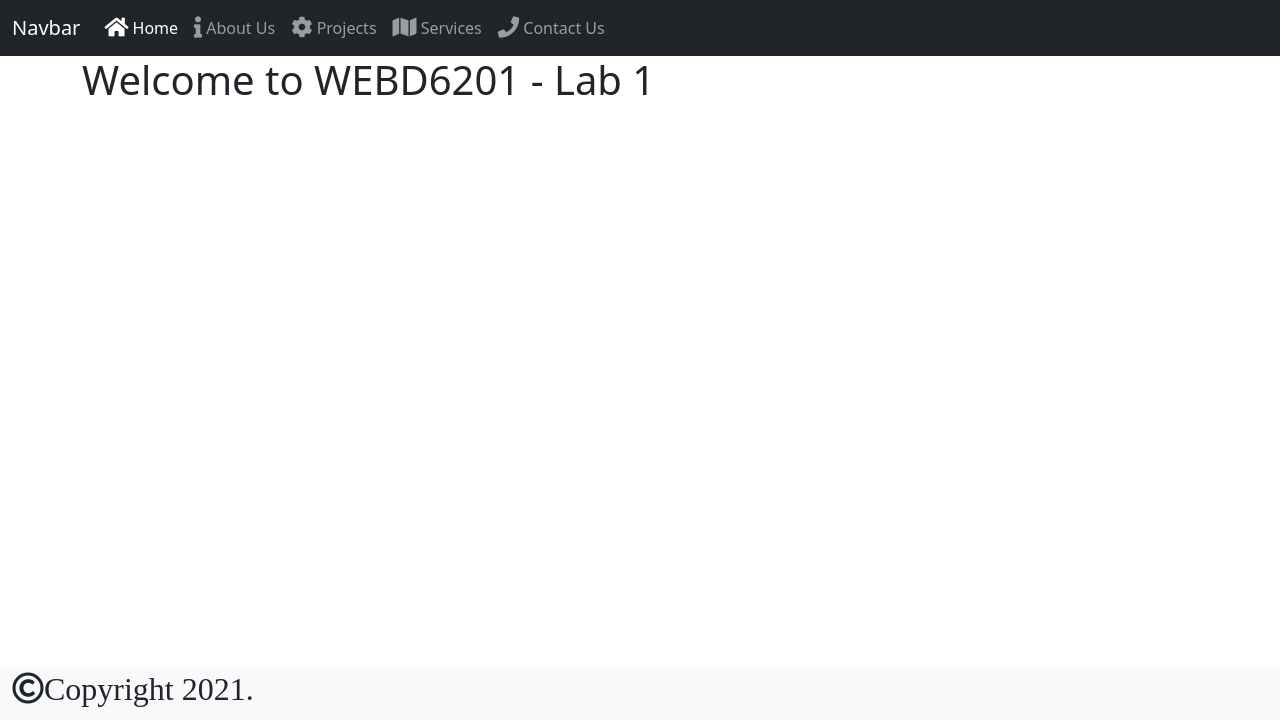
Repository: vans12345678/WEBD6201-W2021-Week3
Page: index.html
The author's editor kept a copy of each file at every save. The page is drawn from the files as they stood at one save, then again after the next save.
The browser window is 1280 px wide. The pictures show the whole page.

Above is the page before, as saved 2021-01-21 08:39:49.

### index.html
<!DOCTYPE html>
<html lang="en">
<head>
    <meta charset="UTF-8">
    <meta name="viewport" content="width=device-width, initial-scale=1.0">
    <title>WEBD 6201 - W2021-ICE 1</title>

    <!-- CSS Section -->
    <link rel="stylesheet" href="./node_modules/bootstrap/dist/css/bootstrap.min.css">
    <link rel="stylesheet" href="./node_modules/@fortawesome/fontawesome-free/css/all.min.css">
    <link rel="stylesheet" href="./Content/app.css">

</head>

<body>
    <header>
        <nav class="navbar navbar-expand-lg navbar-dark bg-dark">
            <div class="container-fluid">
              <a class="navbar-brand" href="#">Navbar</a>
              <button class="navbar-toggler" type="button" data-bs-toggle="collapse" data-bs-target="#navbarSupportedContent" aria-controls="navbarSupportedContent" aria-expanded="false" aria-label="Toggle navigation">
                <span class="navbar-toggler-icon"></span>
              </button>
              <div class="collapse navbar-collapse" id="navbarSupportedContent">
                <ul class="navbar-nav me-auto mb-2 mb-lg-0">
                  <li class="nav-item">
                    <a class="nav-link active" aria-current="page" href="#"><i class="fas fa-home fa-lg"></i> Home</a>
                  </li>

                  <li class="nav-item">
                    <a class="nav-link" aria-current="page" href="#"><i class="fas fa-info fa-lg"></i> About Us</a>
                  </li>

                  <li class="nav-item">
                    <a class="nav-link" aria-current="page" href="#"><i class="fas fa-cog fa-lg"></i> Projects</a>
                  </li>

                  <li class="nav-item">
                    <a class="nav-link" aria-current="page" href="#"><i class="fas fa-map fa-lg"></i> Services</a>
                  </li>

                  <li class="nav-item">
                    <a class="nav-link" aria-current="page" href="#"><i class="fas fa-phone fa-lg"></i> Contact Us</a>
                  </li>
                </ul>
              </div>
            </div>
          </nav>
    </header>

    <main class="container">
        <h1>Welcome to WEBD 6201</h1>
        <p id="paragraphOne"></p>
    </main>
    <footer>
        <nav class="navbar fixed-bottom navbar-light bg-light">
            <div class="container-fluid">
                <h4><i class="far fa-copyright fa-lg">Copyright 2021.</i></h4>
            </div>
          </nav>
    </footer>
    <!-- Script Section -->

    <script src="./node_modules/jquery/dist/jquery.min.js"></script>
    <script src="./node_modules/bootstrap/dist/js/bootstrap.bundle.min.js"></script>
    <script src="./Scripts/app.js"></script>
</body>
</html>

### Scripts/app.js
/* Custom JavaScript goes here */

//IIFE - Immediately Invoked Function Expression
//AKA - Anonymous Self-Executing Function
//Closure - limits scope leak

"use strict";

(function(){

    function Start()
    {
        console.log("App Started...");

        let paragraphOneText = "This is a simple site to demonstrate DOM Manipulation for ICE 1";
        let paragraphOneElement = document.getElementById("paragraphOne");

        paragraphOneElement.textContent = paragraphOneText;
        //paragraphOneElement.style = "color: blue; font-weight: bold;";
        paragraphOneElement.className = "fs-5 fw-bold text-center";

        //Step 1. document.createElement
        let newParagraph = document.createElement("p");
        //Step 2. Configure the element
        newParagraph.setAttribute("id", "paragraphTwo");
        newParagraph.textContent = "... And this is paragraph two";
        //Step 3. Select parent element
        let mainContent = document.getElementsByTagName("main")[0];
        //Step 4. Add / Insert the element
        mainContent.appendChild(newParagraph);

        newParagraph.className = "fs-6";

        //Another way of injecting content`
        let paragraphDiv = document.createElement('div');
        let paragraphThree =  `<p id = "paragraphThree" class = "fs-7 fw-bold">...And this is the Third paragraph</p>`;
        paragraphDiv.innerHTML = paragraphThree;
        // mainContent.innerHTML = paragraphThree;
        // console.log(paragraphOneElement);

        //insertion before node
        //newParagraph.before(paragraphDiv);

        //insertion after node
        newParagraph.after(paragraphDiv);

        //deletions
        //example of removing a single element
        //paragraphOneElement.remove();

        //example of removeChild
        mainContent.removeChild(paragraphOneElement);

        //update / modification
        //mainContent.firstElementChild.textContent = "Welcome home";

        mainContent.innerHTML =
        `<h1 id = "firstHeading">Welcome to WEBD6201 - Lab 1</h1>
        <p id = "paragraphOne" class = "fs-3 fw-bold"></p>
        `;


    }

    window.addEventListener("load", Start);

})();

Loaded but not shown: node_modules/bootstrap/dist/css/bootstrap.min.css (library); node_modules/@fortawesome/fontawesome-free/css/all.min.css (library); Content/app.css (common file); node_modules/jquery/dist/jquery.min.js (library); node_modules/bootstrap/dist/js/bootstrap.bundle.min.js (library)

After the next save:
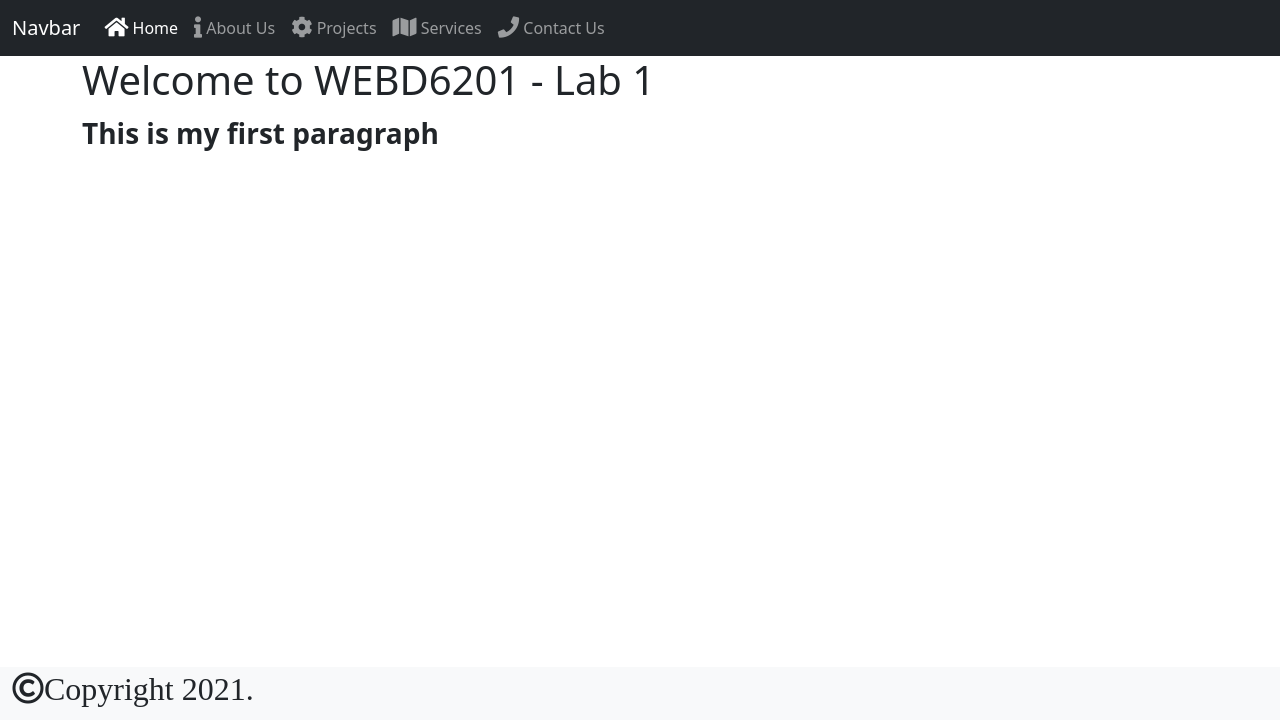
Saved 12 s later.
--- a/Scripts/app.js
+++ b/Scripts/app.js
@@ -56,7 +56,7 @@
 
         mainContent.innerHTML =
         `<h1 id = "firstHeading">Welcome to WEBD6201 - Lab 1</h1>
-        <p id = "paragraphOne" class = "fs-3 fw-bold"></p>
+        <p id = "paragraphOne" class = "fs-3 fw-bold">This is my first paragraph</p>
         `;
 
 
